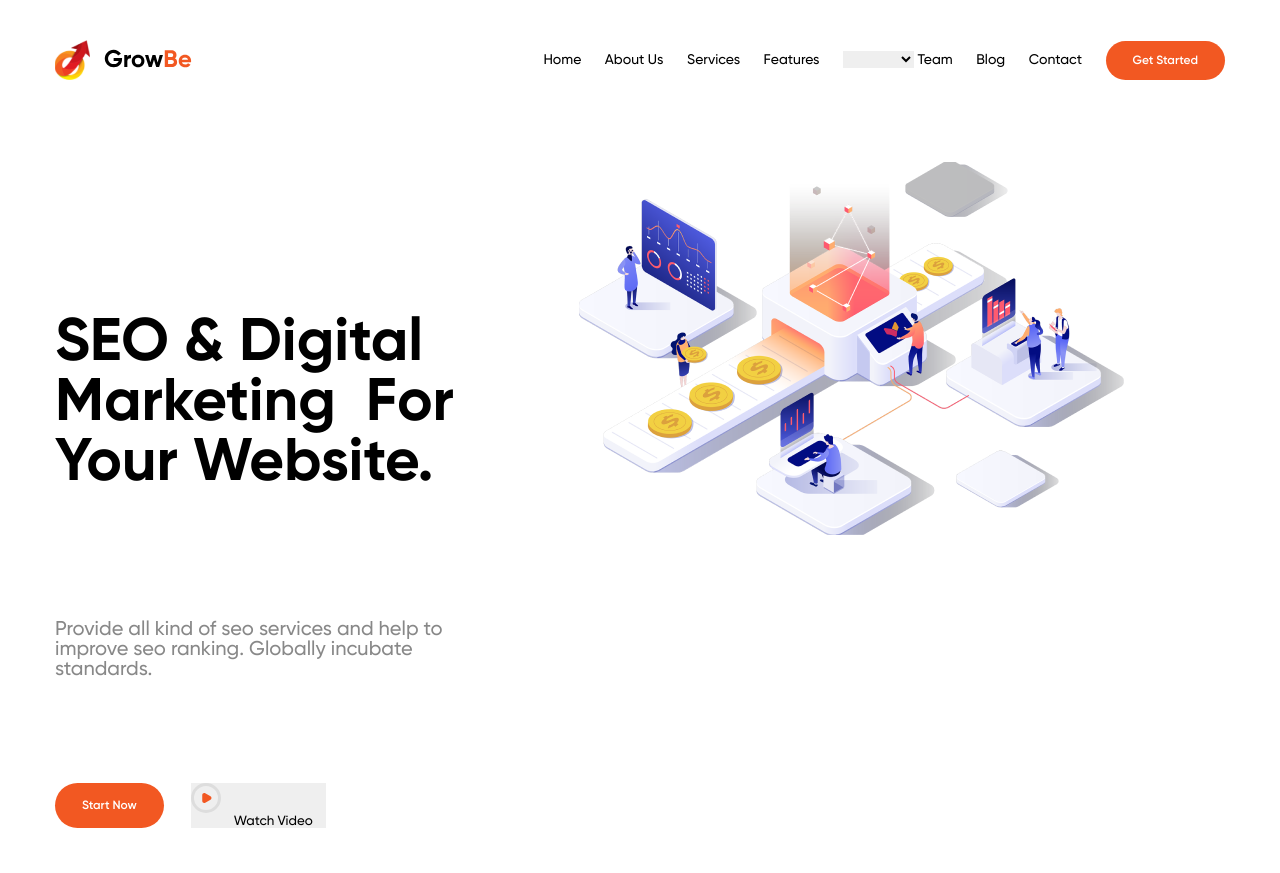
Repository: Alekseiy1980/GrowBe
Page: index.html
An editor plug-in stored every save of this project. The page is shown before and after the next save, followed by the edit.
The browser window is 1280 px wide. The pictures show the whole page.

Above is the page before, as saved 2024-01-20 14:45:26.

### index.html
<!DOCTYPE html>
<html lang="en">
<head>
    <meta charset="UTF-8">
    <meta name="viewport" content="width=device-width, initial-scale=1.0">

    <link rel="stylesheet" href="css/reset.css">
    <link rel="stylesheet" href="css/style.css">
    <title>GrowBe</title>
</head>
<body>
    <header>
        <div class="menu_bar">
            <div class="logo">
                <a class="logo-link" href="#">
                    <img src="/img/Logo.svg"  />
                </a>
            </div>
            <nav>
                <a class="menu menu_activ" href="@">Home</a>
                <a class="menu" href="@"> About Us</a>
                <a class="menu" href="@">Services</a>
                <label class="menu menu_label" for="pet-select">Features</label>
                    <select name="pets" id="pet-select">
                    <option value=""></option>
                    <option value="dog">Dog</option>
                    <option value="cat">Cat</option>
                    <option value="hamster">Hamster</option>
                    <option value="parrot">Parrot</option>
                    <option value="spider">Spider</option>
                    <option value="goldfish">Goldfish</option>
                    </select>

                <a class="menu" href="@">Team</a>
                <a class="menu" href="@">Blog</a>
                <a class="menu" href="@">Contact</a>
                <button class="btn_menu" type="button">Get Started</button>
            </nav>
        </div>


        <div class="home_meta">
            <div class="home_content">
                <div class="home_title">
                    <h1>SEO & Digital <span>Marketing</span>  For Your Website.</>
                </div>
            <div class="sub_title">
                <p>Provide all kind of seo services and help to improve seo ranking. Globally incubate standards.</p>
            </div>
            <div class="btn_meta">
                <button class="btn_menu" type="button">Start Now</button>
                <button class="btn_video" type="button">
                        <img class="btn_img"
                            src="img/play.svg"
                            alt="play"
                            />
                    Watch Video</button>
            </div>
            </div>
            <div class="home_img">
                <img  src="img/home_Image.png" alt="">
            </div>
        </div>
    </header>
</body>
</html>

### css/reset.css

* {
    padding: 0;
    margin: 0;
    border: 0;
}

*,
*::before,
*::after {
    -moz-box-sizing: border-box;
    -webkit-box-sizing: border-box;
    box-sizing: border-box;
}

:focus,
:active {
    outline: none;
}

a:focus,
a:active {
    outline: none;
}

nav,
footer,
header,
aside {
    display: block;
}

html,
body {
    height: 100%;
    width: 100%;
    font-size: 100%;
    line-height: 1;
    font-size: 14px;
    -ms-text-size-adjust: 100%;
    -moz-text-size-adjust: 100%;
    -webkit-text-size-adjust: 100%;
}

input,
button,
textarea {
    font-family: inherit;
}

input::-ms-clear {
    display: none;
}

button {
    cursor: pointer;
}

button::-moz-focus-inner {
    padding: 0;
    border: 0;
}

a,
a:visited {
    text-decoration: none;
}

a:hover {
    text-decoration: none;
}

ul li {
    list-style: none;
}

img {
    vertical-align: top;
}

h1,
h2,
h3,
h4,
h5,
h6 {
    font-size: inherit;
    font-weight: 400;
}

### css/style.css
@font-face {
	font-family: 'Gilroy-Bold';
	src: url(/fonts/Gilroy-Bold.ttf);
}


@font-face {
	font-family: 'Gilroy-Medium';
	src: url(/fonts/Gilroy-Medium.ttf);
}
@font-face{
    font-family: 'Gilroy_Regular';
    src: url(/fonts/Gilroy-Regular.ttf);
}

@font-face{
    font-family: 'Gilroy-SemiBold';
    src: url(/fonts/Gilroy-SemiBold.ttf);
}
body{
    font-family: Gilroy-Medium;
    font-size: 14px;
    font-weight: 400;
    background: #FFF;

}

header {
    width: 1170px;
    margin: 0 auto;
}


.menu_bar{
    display: flex;
    justify-content: space-between;
    align-items: center;
    margin-top: 40px;
    height: 40px;
}

.logo{
    width: 137px;
    height: 40px;
}

.menu{
    display: inline-block;
    color: #000;
    padding-top: 11px;
    padding-bottom: 12px;
    margin-right: 20px;

}

.menu:hover{
    color: #F25822;
    font-family: Gilroy-SemiBold;
}

.btn_menu{
    color: #FFF;
    font-family: Gilroy-SemiBold;
    font-size: 12px;
    border-radius: 30px;
    background: #F25822;
    padding:12px 27px 13px;
}

.btn_menu:hover{
    background: #f84504;
}


.home_meta{
    margin-top: 82px;
    display: flex;
    width: 1170px;
}

.home_content{
    white-space: pre-wrap;
    width: 522px;
    margin-bottom: 17px;
    padding-right: 40px;

}

.home_title{
    color: #000;
    font-family: Gilroy-Bold;
    font-size: 60px;

}

.sub_title{
    color: #888;
    font-size: 20px;
    padding-right: 36px;
    margin-bottom: 37px;
}

.home_ing{
    width: 544px;
}
.btn_meta{
    display: flex;
}
.btn_video{
    display: flex;
    justify-content: center;
    width: 135px;
    margin-left: 27px;
}
.btn_img{
    width: 30px;
}

After the next save:
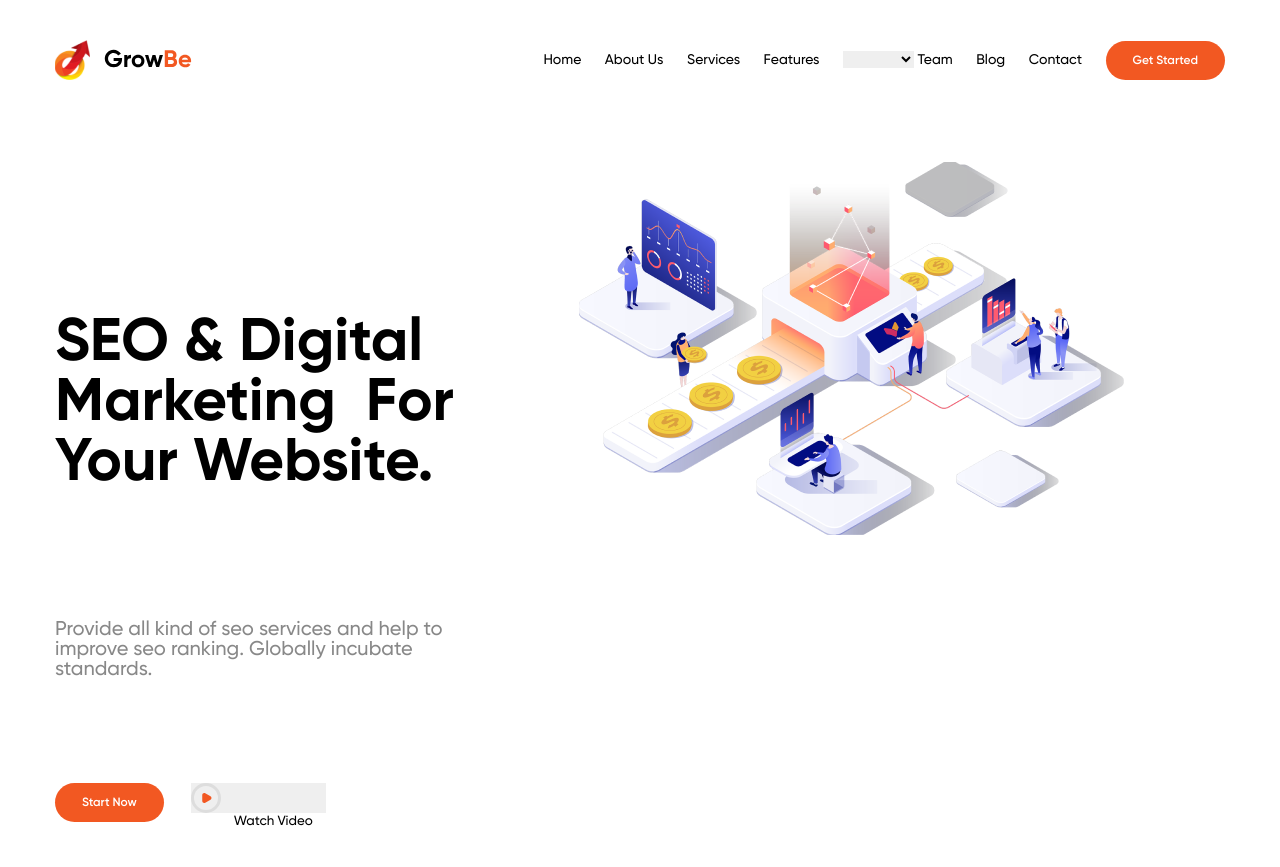
Saved 104 s later.
--- a/css/style.css
+++ b/css/style.css
@@ -110,6 +110,7 @@
     display: flex;
     justify-content: center;
     width: 135px;
+    height: 30px;
     margin-left: 27px;
 }
 .btn_img{

After the 2 saves that followed:
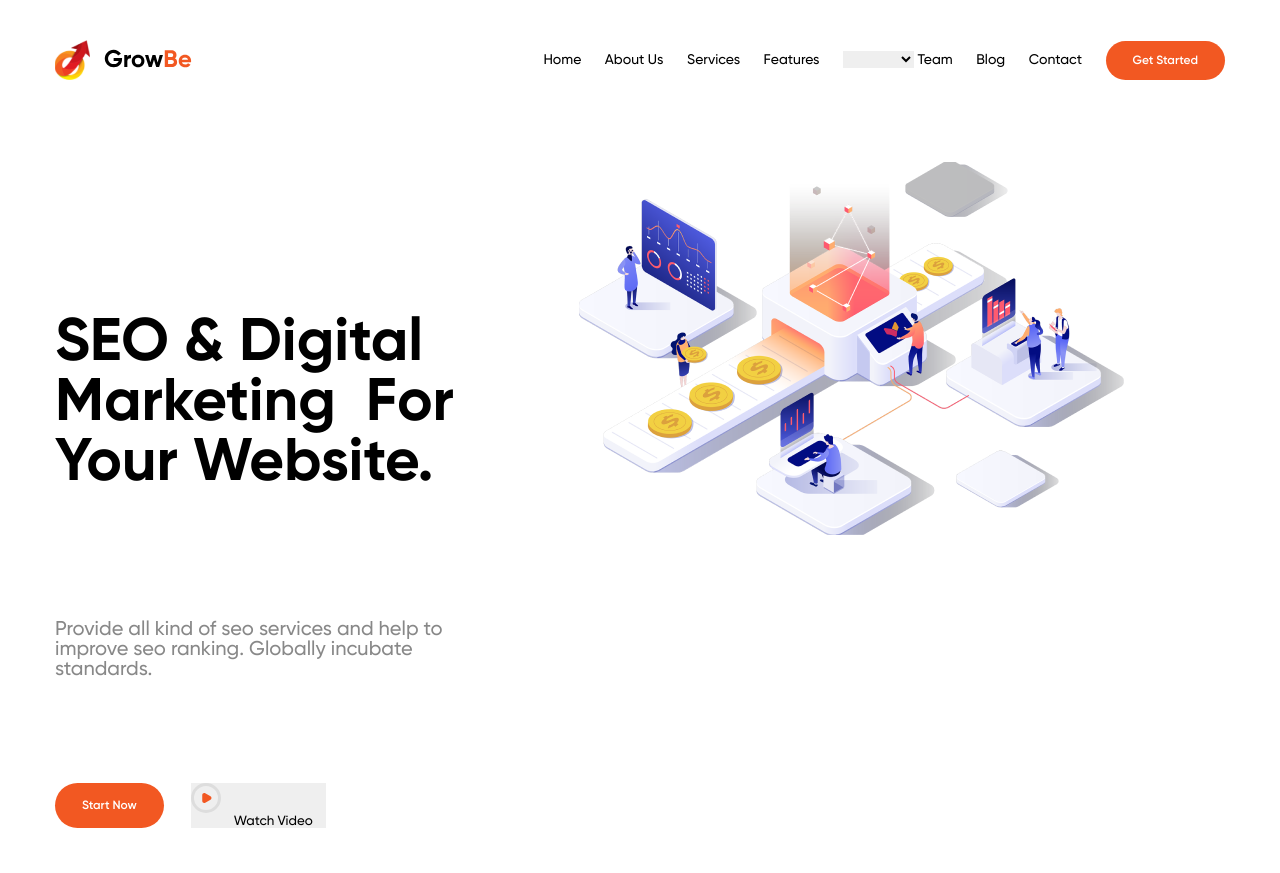
The 2 saves are shown as one change because 1 left the picture as it was.
The last was saved 112 s later.
--- a/css/style.css
+++ b/css/style.css
@@ -110,9 +110,8 @@
     display: flex;
     justify-content: center;
     width: 135px;
-    height: 30px;
     margin-left: 27px;
 }
 .btn_img{
-    width: 30px;
+    height: 30px;
 }
